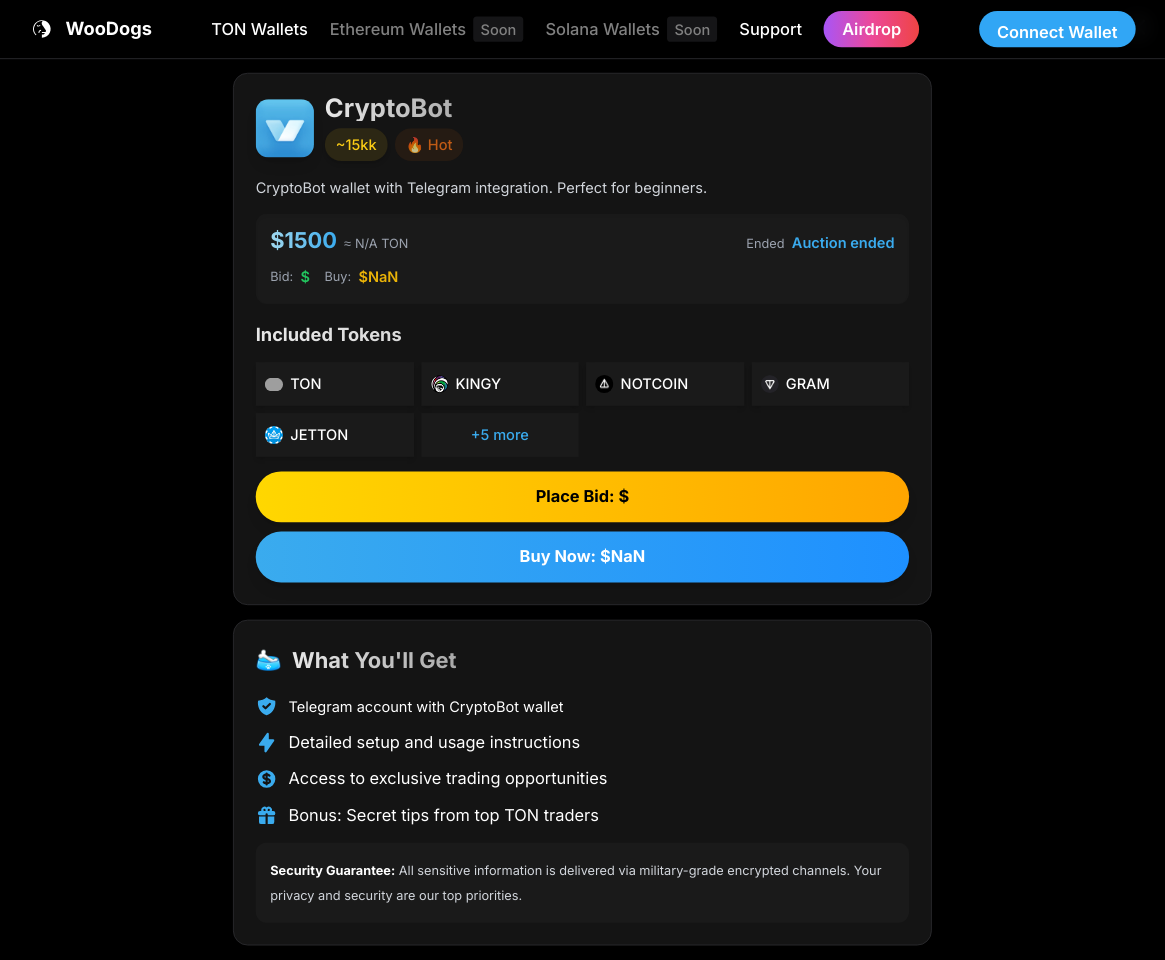
Repository: itititi/woofdogs_off
Page: /wallet/cryptobot-1
The author's editor kept a copy of each file at every save. The page is drawn from the files as they stood at one save, then again after the next save.
The browser window is 1280 px wide. The pictures show the whole page, at 91% of full size.
Pictures or frames that could not be fetched are drawn as grey boxes. The page's requests for data from a server got no answer. The project was rebuilt for these pictures with package versions that can differ from the ones it lists, and the page was loaded fresh each time. The framework's server and built-in components were replaced by stand-ins that run in the browser. No one was signed in, and anything a server would have sent is missing. Also part of the build but not shown: next.config.mjs.

Above is the page before, as saved 2024-10-30 23:45:22.

### src/app/layout.tsx
import type { Metadata } from "next";
import { Inter } from "next/font/google";
import "./globals.css";
import { SearchProvider } from '@/components/SearchContext';
import { LanguageProvider } from '@/contexts/LanguageContext';

const inter = Inter({ subsets: ["latin"] });

export const metadata: Metadata = {
  title: "WooDogs",
  description: "Buy and sell TON wallets",
  metadataBase: new URL('https://woodogs.com'),
  alternates: {
    canonical: '/',
    languages: {
      'en-US': '/en-US',
    },
  },
};

export default function RootLayout({
  children,
}: Readonly<{
  children: React.ReactNode;
}>) {
  return (
    <html lang="en" className="bg-black" suppressHydrationWarning>
      <head>
        <link rel="preload" href="/dogs.gif" as="image" />
        <link rel="preload" href="/invite.gif" as="image" />
        <link rel="preload" href="/flag.gif" as="image" />
        <link rel="preload" href="/history.gif" as="image" />
        <link rel="preload" href="/inside.gif" as="image" />
        <link rel="preload" href="/notfound.gif" as="image" />
        <link rel="preload" href="/dogs.webp" as="image" />
        <link rel="preload" href="/invite.webp" as="image" />
        <link rel="preload" href="/success.gif" as="image" />
      </head>
      <body className={`${inter.className} bg-black text-white min-h-screen overflow-x-hidden`}>
        <LanguageProvider>
          <SearchProvider>
            <div className="bg-black min-h-screen flex flex-col">
              {children}
            </div>
          </SearchProvider>
        </LanguageProvider>
      </body>
    </html>
  );
}

### src/app/wallet/[id]/page.tsx
'use client';

import React, { useEffect, useState, useMemo } from 'react';
import Image from 'next/image';
import { getWalletData } from '@/data/getWalletData';
import { useRouter } from 'next/navigation';
import Header from '@/components/Header';
import WalletSkeleton from '@/components/WalletSkeleton';
import { WalletOffer } from '@/data/walletOffers';

interface WalletPageProps {
  params: {
    id: string;
  };
}

const getWalletContents = (walletName: string) => {
  switch (walletName) {
    case 'CryptoBot':
      return "Telegram account with CryptoBot wallet";
    case 'TON Wallet':
      return "TON Wallet account";
    case 'TON Space':
      return "Seed phrases for TON Space wallet";
    default:
      return "Wallet account details";
  }
};

export default function WalletPage({ params }: WalletPageProps) {
  const [wallet, setWallet] = useState<WalletOffer | null>(null);
  const [tonAmount, setTonAmount] = useState<string>('N/A');
  const [isLoading, setIsLoading] = useState(true);
  const router = useRouter();
  const [timeLeft, setTimeLeft] = useState<string>('');
  const [isAuctionEnded, setIsAuctionEnded] = useState(false);

  const additionalTokensCount = useMemo(() => {
    if (!wallet) return 5;
    const seed = params.id.split('').reduce((acc, char) => acc + char.charCodeAt(0), 0);
    return 5 + (seed % 6);
  }, [params.id, wallet]);

  const auctionEndTime = useMemo(() => {
    if (typeof window === 'undefined') return 0;
    const storedEndTime = localStorage.getItem(`auctionEndTime_${params.id}`);
    if (storedEndTime) {
      return parseInt(storedEndTime, 10);
    }
    const seed = params.id.split('').reduce((acc, char) => acc + char.charCodeAt(0), 0);
    const random = Math.sin(seed) * 10000;
    const hours = Math.floor(random % 48);
    const endTime = Date.now() + hours * 3600000;
    localStorage.setItem(`auctionEndTime_${params.id}`, endTime.toString());
    return endTime;
  }, [params.id]);

  useEffect(() => {
    const fetchData = async () => {
      setIsLoading(true);
      const walletData = await getWalletData(params.id);
      if (!walletData) {
        router.push('/404');
        return;
      }
      setWallet(walletData);

      try {
        const response = await fetch('https://api.coingecko.com/api/v3/simple/price?ids=the-open-network&vs_currencies=usd');
        const data = await response.json();
        const tonPrice = data['the-open-network'].usd;
        setTonAmount((walletData.priceUSD / tonPrice).toFixed(2));
      } catch (error) {
        console.error('Error fetching TON price:', error);
      }

      setIsLoading(false);
    };

    fetchData();
  }, [params.id, router]);

  useEffect(() => {
    const updateTimer = () => {
      const now = Date.now();
      const difference = auctionEndTime - now;

      if (difference <= 0) {
        setIsAuctionEnded(true);
        setTimeLeft('Auction ended');
      } else {
        const hours = Math.floor((difference / (1000 * 60 * 60)) % 24);
        const minutes = Math.floor((difference / 1000 / 60) % 60);
        const seconds = Math.floor((difference / 1000) % 60);
        setTimeLeft(`${hours.toString().padStart(2, '0')}:${minutes.toString().padStart(2, '0')}:${seconds.toString().padStart(2, '0')}`);
        setIsAuctionEnded(false);
      }
    };

    updateTimer();
    const timer = setInterval(updateTimer, 1000);

    return () => clearInterval(timer);
  }, [auctionEndTime]);

  const handleClose = () => {
    router.push('/');
  };

  if (isLoading) {
    return <WalletSkeleton />;
  }

  if (!wallet) {
    return null;
  }

  const walletContents = getWalletContents(wallet.name);
  const buyNowPrice = Math.round((wallet.priceUSD + wallet.auctionPriceUSD) / 2);

  return (
    <div className="min-h-screen bg-black text-white flex flex-col">
      <Header />
      <main className="flex-grow py-4 px-4 mt-14 sm:mt-16 overflow-y-auto">
        <div className="max-w-3xl mx-auto">
          <div className="bg-[#141414] rounded-2xl overflow-hidden shadow-2xl p-4 sm:p-6 mb-4 border border-[#2A2A2E]">
            <button
              onClick={handleClose}
              className="absolute top-4 right-4 text-gray-400 hover:text-white transition-colors duration-200"
            >
              <svg xmlns="http://www.w3.org/2000/svg" className="h-7 w-7" viewBox="0 0 20 20" fill="currentColor">
                <path fillRule="evenodd" d="M4.293 4.293a1 1 0 011.414 0L10 8.586l4.293-4.293a1 1 0 111.414 1.414L11.414 10l4.293 4.293a1 1 0 01-1.414 1.414L10 11.414l-4.293 4.293a1 1 0 01-1.414-1.414L8.586 10 4.293 5.707a1 1 0 010-1.414z" clipRule="evenodd" />
              </svg>
            </button>

            {/* Header section */}
            <div className="flex items-center mb-4">
              <div className="w-16 h-16 rounded-[22%] overflow-hidden mr-3 shadow-lg">
                <Image src={wallet.icon} alt={wallet.name} width={64} height={64} className="object-cover" />
              </div>
              <div>
                <h1 className="text-[28px] font-bold titanium-gradient mb-2">{wallet.name}</h1>
                <div className="flex items-center gap-2">
                  <span className="text-[16px] text-yellow-400 font-medium bg-yellow-400/10 px-3 py-1 rounded-full shadow-md">
                    {wallet.priceRange}
                  </span>
                  {wallet.isHot && (
                    <span className="text-[16px] text-orange-500 font-medium bg-orange-500/10 px-3 py-1 rounded-full animate-pulse">
                      🔥 Hot
                    </span>
                  )}
                </div>
              </div>
            </div>

            {/* Description */}
            <p className="text-[16px] text-gray-300 mb-4 leading-relaxed">{wallet.description}</p>

            {/* Price section */}
            <div className="bg-[#1A1A1A] rounded-xl p-4 mb-4 shadow-inner">
              <div className="flex flex-col gap-2">
                <div className="flex items-center justify-between">
                  <div className="flex items-baseline">
                    <span className="text-[24px] font-bold bg-gradient-to-r from-[#A0D8EF] to-[#3AABEE] text-transparent bg-clip-text">
                      ${wallet.priceUSD}
                    </span>
                    <span className="text-[14px] text-gray-400 ml-2">
                      ≈ {tonAmount} TON
                    </span>
                  </div>
                  <div className="flex items-center">
                    <span className="text-[14px] text-gray-400 mr-2">
                      {isAuctionEnded ? 'Ended' : 'Ends:'}
                    </span>
                    <span className="text-[16px] font-semibold text-[#3AABEE]">
                      {timeLeft}
                    </span>
                  </div>
                </div>
                <div className="flex items-center justify-between">
                  <div className="flex items-center gap-4">
                    <div className="flex items-center">
                      <span className="text-[14px] text-gray-400">Bid:</span>
                      <span className="text-[16px] font-semibold text-green-500 ml-2">${wallet.auctionPriceUSD}</span>
                    </div>
                    <div className="flex items-center">
                      <span className="text-[14px] text-gray-400">Buy:</span>
                      <span className="text-[16px] font-semibold text-yellow-500 ml-2">${buyNowPrice}</span>
                    </div>
                  </div>
                </div>
              </div>
            </div>

            {/* Tokens section */}
            <div className="mb-4">
              <h3 className="text-[20px] font-bold titanium-gradient mb-3">Included Tokens</h3>
              <div className="grid grid-cols-2 sm:grid-cols-4 gap-2">
                {wallet.tokens.map((tokenData, index) => (
                  <div key={index} className="bg-[#1A1A1A] rounded-lg p-2.5 flex items-center shadow-md">
                    <Image
                      src={tokenData.token.logo}
                      alt={tokenData.token.name}
                      width={20}
                      height={20}
                      className="rounded-full mr-2"
                    />
                    <span className="text-[16px] font-medium">{tokenData.token.symbol}</span>
                  </div>
                ))}
                <div className="bg-[#1A1A1A] rounded-lg p-2.5 flex items-center justify-center">
                  <span className="text-[16px] font-medium text-[#3AABEE]">
                    +{additionalTokensCount} more
                  </span>
                </div>
              </div>
            </div>

            {/* Action buttons */}
            <div className="flex flex-col gap-2.5">
              <button className="w-full bg-gradient-to-r from-[#FFD700] to-[#FFA500] text-black text-[18px] font-bold py-3.5 px-6 rounded-full hover:brightness-110 transition-all duration-300 shadow-lg hover:shadow-xl">
                Place Bid: ${wallet.auctionPriceUSD}
              </button>
              <button className="w-full bg-gradient-to-r from-[#3AABEE] to-[#1E90FF] text-white text-[18px] font-bold py-3.5 px-6 rounded-full hover:brightness-110 transition-all duration-300 shadow-lg hover:shadow-xl">
                Buy Now: ${buyNowPrice}
              </button>
            </div>
          </div>

          {/* What's Inside section */}
          <div className="bg-[#141414] rounded-2xl overflow-hidden shadow-2xl p-4 sm:p-6 border border-[#2A2A2E]">
            <div className="flex items-center mb-4">
              <Image
                src="/inside.gif"
                alt="What's Inside"
                width={28}
                height={28}
                className="mr-3"
              />
              <h2 className="text-[24px] font-bold titanium-gradient">What You'll Get</h2>
            </div>
            <ul className="space-y-3">
              <li className="flex items-center">
                <svg xmlns="http://www.w3.org/2000/svg" className="h-6 w-6 mr-3 text-[#3AABEE]" viewBox="0 0 20 20" fill="currentColor">
                  <path fillRule="evenodd" d="M2.166 4.999A11.954 11.954 0 0010 1.944 11.954 11.954 0 0017.834 5c.11.65.166 1.32.166 2.001 0 5.225-3.34 9.67-8 11.317C5.34 16.67 2 12.225 2 7c0-.682.057-1.35.166-2.001zm11.541 3.708a1 1 0 00-1.414-1.414L9 10.586 7.707 9.293a1 1 0 00-1.414 1.414l2 2a1 1 0 001.414 0l4-4z" clipRule="evenodd" />
                </svg>
                <span className="text-[16px]">{walletContents}</span>
              </li>
              <li className="flex items-center">
                <svg xmlns="http://www.w3.org/2000/svg" className="h-6 w-6 mr-3 text-[#3AABEE]" viewBox="0 0 20 20" fill="currentColor">
                  <path fillRule="evenodd" d="M11.3 1.046A1 1 0 0112 2v5h4a1 1 0 01.82 1.573l-7 10A1 1 0 018 18v-5H4a1 1 0 01-.82-1.573l7-10a1 1 0 011.12-.38z" clipRule="evenodd" />
                </svg>
                <span>Detailed setup and usage instructions</span>
              </li>
              <li className="flex items-center">
                <svg xmlns="http://www.w3.org/2000/svg" className="h-6 w-6 mr-3 text-[#3AABEE]" viewBox="0 0 20 20" fill="currentColor">
                  <path d="M8.433 7.418c.155-.103.346-.196.567-.267v1.698a2.305 2.305 0 01-.567-.267C8.07 8.34 8 8.114 8 8c0-.114.07-.34.433-.582zM11 12.849v-1.698c.22.071.412.164.567.267.364.243.433.468.433.582 0 .114-.07.34-.433.582a2.305 2.305 0 01-.567.267z" />
                  <path fillRule="evenodd" d="M10 18a8 8 0 100-16 8 8 0 000 16zm1-13a1 1 0 10-2 0v.092a4.535 4.535 0 00-1.676.662C6.602 6.234 6 7.009 6 8c0 .99.602 1.765 1.324 2.246.48.32 1.054.545 1.676.662v1.941c-.391-.127-.68-.317-.843-.504a1 1 0 10-1.51 1.31c.562.649 1.413 1.076 2.353 1.253V15a1 1 0 102 0v-.092a4.535 4.535 0 001.676-.662C13.398 13.766 14 12.991 14 12c0-.99-.602-1.765-1.324-2.246A4.535 4.535 0 0011 9.092V7.151c.391.127.68.317.843.504a1 1 0 101.511-1.31c-.563-.649-1.413-1.076-2.354-1.253V5z" clipRule="evenodd" />
                </svg>
                <span>Access to exclusive trading opportunities</span>
              </li>
              <li className="flex items-center">
                <svg xmlns="http://www.w3.org/2000/svg" className="h-6 w-6 mr-3 text-[#3AABEE]" viewBox="0 0 20 20" fill="currentColor">
                  <path fillRule="evenodd" d="M5 5a3 3 0 015-2.236A3 3 0 0114.83 6H16a2 2 0 110 4h-5V9a1 1 0 10-2 0v1H4a2 2 0 110-4h1.17C5.06 5.687 5 5.35 5 5zm4 1V5a1 1 0 10-1 1h1zm3 0a1 1 0 10-1-1v1h1z" clipRule="evenodd" />
                  <path d="M9 11H3v5a2 2 0 002 2h4v-7zM11 18h4a2 2 0 002-2v-5h-6v7z" />
                </svg>
                <span>Bonus: Secret tips from top TON traders</span>
              </li>
            </ul>
            <div className="mt-4 bg-[#1A1A1A] p-4 rounded-xl">
              <p className="text-[14px] text-gray-300">
                <strong className="text-white">Security Guarantee:</strong> All sensitive information is delivered via military-grade encrypted channels. Your privacy and security are our top priorities.
              </p>
            </div>
          </div>
        </div>
      </main>
    </div>
  );
}

### src/components/SearchContext.tsx
'use client';

import React, { createContext, useState, useContext, ReactNode } from 'react';

interface SearchContextType {
  searchTerm: string;
  setSearchTerm: (term: string) => void;
}

const SearchContext = createContext<SearchContextType | undefined>(undefined);

export const SearchProvider: React.FC<{ children: ReactNode }> = ({ children }) => {
  const [searchTerm, setSearchTerm] = useState('');

  return (
    <SearchContext.Provider value={{ searchTerm, setSearchTerm }}>
      {children}
    </SearchContext.Provider>
  );
};

export const useSearch = () => {
  const context = useContext(SearchContext);
  if (context === undefined) {
    throw new Error('useSearch must be used within a SearchProvider');
  }
  return context;
};

### src/contexts/LanguageContext.tsx
'use client';

import React, { createContext, useState, useContext, useEffect, ReactNode } from 'react';

type LanguageContextType = {
  language: string;
  setLanguage: (lang: string) => void;
};

const LanguageContext = createContext<LanguageContextType | undefined>(undefined);

export const useLanguage = () => {
  const context = useContext(LanguageContext);
  if (context === undefined) {
    throw new Error('useLanguage must be used within a LanguageProvider');
  }
  return context;
};

export const LanguageProvider: React.FC<{ children: ReactNode }> = ({ children }) => {
  const [language, setLanguage] = useState('en');

  useEffect(() => {
    localStorage.setItem('language', 'en');
    document.documentElement.lang = 'en';
  }, []);

  const handleSetLanguage = (lang: string) => {
    setLanguage(lang);
    localStorage.setItem('language', lang);
    document.documentElement.lang = lang;
  };

  return (
    <LanguageContext.Provider value={{ language, setLanguage: handleSetLanguage }}>
      {children}
    </LanguageContext.Provider>
  );
};

### src/data/getWalletData.ts
import { finalWalletOffers, WalletOffer } from './walletOffers';

export async function getWalletData(id: string): Promise<WalletOffer | null> {
  // Имитация задержки запроса к API
  await new Promise(resolve => setTimeout(resolve, 100));

  const wallet = finalWalletOffers.find(offer => offer.id === id);
  return wallet || null;
}

### src/data/tonTokens.ts
export interface TonToken {
  symbol: string;
  name: string;
  logo: string;
}

export const tonTokens: TonToken[] = [
  { symbol: 'TON', name: 'Toncoin', logo: 'https://ton.org/download/ton_symbol.png' },
  { symbol: 'KINGY', name: 'Kingycoin', logo: 'https://placehold.co/32x32?text=KINGY' },
  { symbol: 'NOTCOIN', name: 'Notcoin', logo: 'https://placehold.co/32x32?text=NOTCOIN' },
  { symbol: 'BOLT', name: 'Bolt', logo: 'https://placehold.co/32x32?text=BOLT' },
  { symbol: 'GRAM', name: 'Gram', logo: 'https://placehold.co/32x32?text=GRAM' },
  { symbol: 'JETTON', name: 'Jetton', logo: 'https://placehold.co/32x32?text=JETTON' },
  { symbol: 'TONEX', name: 'TonEx', logo: 'https://placehold.co/32x32?text=TONEX' },
  { symbol: 'SCALE', name: 'Scale', logo: 'https://placehold.co/32x32?text=SCALE' },
  { symbol: 'ORBIT', name: 'Orbit', logo: 'https://placehold.co/32x32?text=ORBIT' },
  { symbol: 'TEGRO', name: 'Tegro', logo: 'https://placehold.co/32x32?text=TEGRO' },
  // Добавьте еще токены по необходимости
];

### tailwind.config.ts
import type { Config } from "tailwindcss";

const config: Config = {
    darkMode: ["class"],
    content: [
    "./src/pages/**/*.{js,ts,jsx,tsx,mdx}",
    "./src/components/**/*.{js,ts,jsx,tsx,mdx}",
    "./src/app/**/*.{js,ts,jsx,tsx,mdx}",
  ],
  theme: {
  	extend: {
  		colors: {
  			background: 'hsl(var(--background))',
  			foreground: 'hsl(var(--foreground))',
  			card: {
  				DEFAULT: 'hsl(var(--card))',
  				foreground: 'hsl(var(--card-foreground))'
  			},
  			popover: {
  				DEFAULT: 'hsl(var(--popover))',
  				foreground: 'hsl(var(--popover-foreground))'
  			},
  			primary: {
  				DEFAULT: 'hsl(var(--primary))',
  				foreground: 'hsl(var(--primary-foreground))'
  			},
  			secondary: {
  				DEFAULT: 'hsl(var(--secondary))',
  				foreground: 'hsl(var(--secondary-foreground))'
  			},
  			muted: {
  				DEFAULT: 'hsl(var(--muted))',
  				foreground: 'hsl(var(--muted-foreground))'
  			},
  			accent: {
  				DEFAULT: 'hsl(var(--accent))',
  				foreground: 'hsl(var(--accent-foreground))'
  			},
  			destructive: {
  				DEFAULT: 'hsl(var(--destructive))',
  				foreground: 'hsl(var(--destructive-foreground))'
  			},
  			border: 'hsl(var(--border))',
  			input: 'hsl(var(--input))',
  			ring: 'hsl(var(--ring))',
  			chart: {
  				'1': 'hsl(var(--chart-1))',
  				'2': 'hsl(var(--chart-2))',
  				'3': 'hsl(var(--chart-3))',
  				'4': 'hsl(var(--chart-4))',
  				'5': 'hsl(var(--chart-5))'
  			},
  			'color-1': 'hsl(var(--color-1))',
  			'color-2': 'hsl(var(--color-2))',
  			'color-3': 'hsl(var(--color-3))',
  			'color-4': 'hsl(var(--color-4))',
  			'color-5': 'hsl(var(--color-5))'
  		},
  		borderRadius: {
  			lg: 'var(--radius)',
  			md: 'calc(var(--radius) - 2px)',
  			sm: 'calc(var(--radius) - 4px)'
  		},
  		animation: {
  			rainbow: 'rainbow var(--speed, 2s) infinite linear'
  		},
  		keyframes: {
  			rainbow: {
  				'0%': {
  					'background-position': '0%'
  				},
  				'100%': {
  					'background-position': '200%'
  				}
  			}
  		}
  	}
  },
  plugins: [require("tailwindcss-animate")],
} as const;

export default config;

Loaded but not shown: src/components/Header.tsx (239 lines, source omitted); src/data/walletOffers.ts (183 lines, source omitted); src/app/globals.css (318 lines, source omitted); src/components/WalletSkeleton.tsx (77 lines, source omitted)

After the next save:
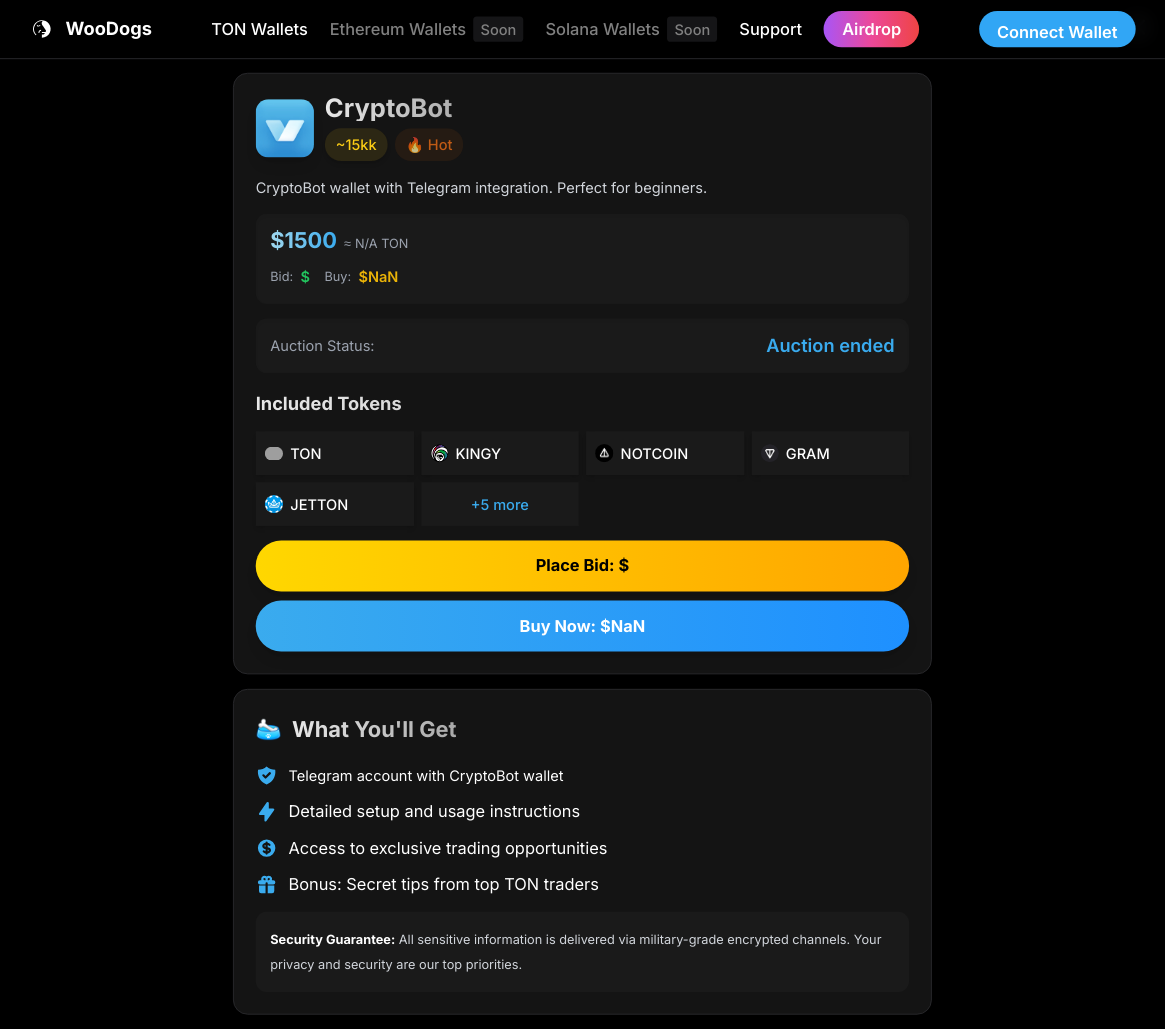
Saved 7 min 24 s later.
--- a/src/app/wallet/[id]/page.tsx
+++ b/src/app/wallet/[id]/page.tsx
@@ -159,23 +159,13 @@
             {/* Price section */}
             <div className="bg-[#1A1A1A] rounded-xl p-4 mb-4 shadow-inner">
               <div className="flex flex-col gap-2">
-                <div className="flex items-center justify-between">
-                  <div className="flex items-baseline">
-                    <span className="text-[24px] font-bold bg-gradient-to-r from-[#A0D8EF] to-[#3AABEE] text-transparent bg-clip-text">
-                      ${wallet.priceUSD}
-                    </span>
-                    <span className="text-[14px] text-gray-400 ml-2">
-                      ≈ {tonAmount} TON
-                    </span>
-                  </div>
-                  <div className="flex items-center">
-                    <span className="text-[14px] text-gray-400 mr-2">
-                      {isAuctionEnded ? 'Ended' : 'Ends:'}
-                    </span>
-                    <span className="text-[16px] font-semibold text-[#3AABEE]">
-                      {timeLeft}
-                    </span>
-                  </div>
+                <div className="flex items-baseline">
+                  <span className="text-[24px] font-bold bg-gradient-to-r from-[#A0D8EF] to-[#3AABEE] text-transparent bg-clip-text">
+                    ${wallet.priceUSD}
+                  </span>
+                  <span className="text-[14px] text-gray-400 ml-2">
+                    ≈ {tonAmount} TON
+                  </span>
                 </div>
                 <div className="flex items-center justify-between">
                   <div className="flex items-center gap-4">
@@ -189,6 +179,18 @@
                     </div>
                   </div>
                 </div>
+              </div>
+            </div>
+
+            {/* Auction timer section */}
+            <div className="bg-[#1A1A1A] rounded-xl p-4 mb-4 shadow-inner">
+              <div className="flex items-center justify-between">
+                <span className="text-[16px] text-gray-400">
+                  {isAuctionEnded ? 'Auction Status:' : 'Auction Ends in:'}
+                </span>
+                <span className="text-[20px] font-semibold text-[#3AABEE]">
+                  {timeLeft}
+                </span>
               </div>
             </div>
 
